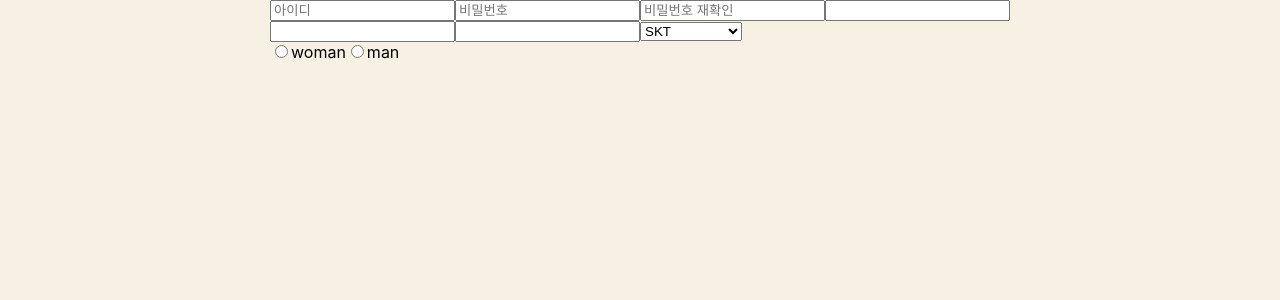
Repository: LeeYuNa0402/pokemon_vite
Page: /CreateAccount
The author's editor kept a copy of each file at every save. The page is drawn from the files as they stood at one save, then again after the next save.
The browser window is 1280 px wide. The pictures show the whole page.
The project was rebuilt for these pictures with package versions that can differ from the ones it lists, and the page was loaded fresh each time. Also part of the build but not shown: vite.config.ts, src/CombineMenu.tsx, src/Loading.tsx, src/PokemonList.tsx, src/App.tsx, src/css/pokemon_type.css, src/PokemonDetail.tsx, src/Login.tsx and 1 more.

Above is the page before, as saved 2023-10-17 14:47:55.

After the next save:
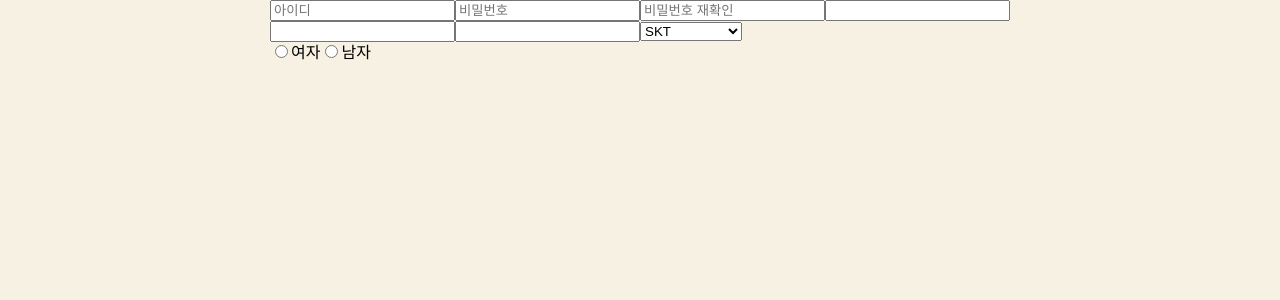
Saved 8 s later.
--- a/src/CreateAccount.tsx
+++ b/src/CreateAccount.tsx
@@ -24,11 +24,11 @@
       <form>
         <label>
           <input type="radio" value="woman" name="gender" />
-          woman
+          여자
         </label>
         <label>
           <input type="radio" value="man" name="gender" />
-          man
+          남자
         </label>
       </form>
     </div>
